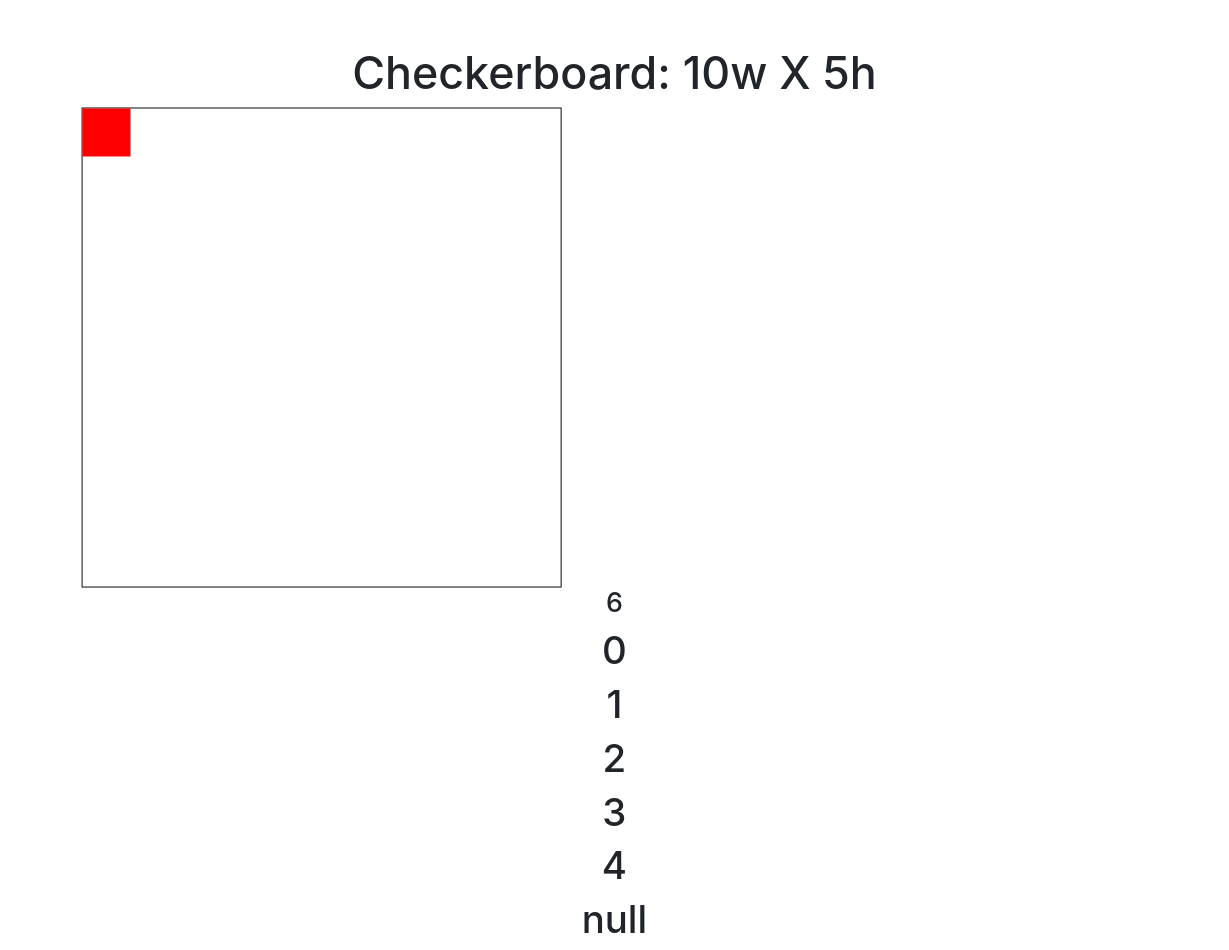
Repository: ACow3/java
Page: http://localhost/Checkerboard/checkerboard.jsp
An editor plug-in stored every save of this project. The page is shown before and after the next save, followed by the edit.
The browser window is 1280 px wide. The pictures show the whole page, at 96% of full size.
The page is served by Tomcat 9.

Above is the page before, as saved 2019-08-09 00:54:59.

After the next save:
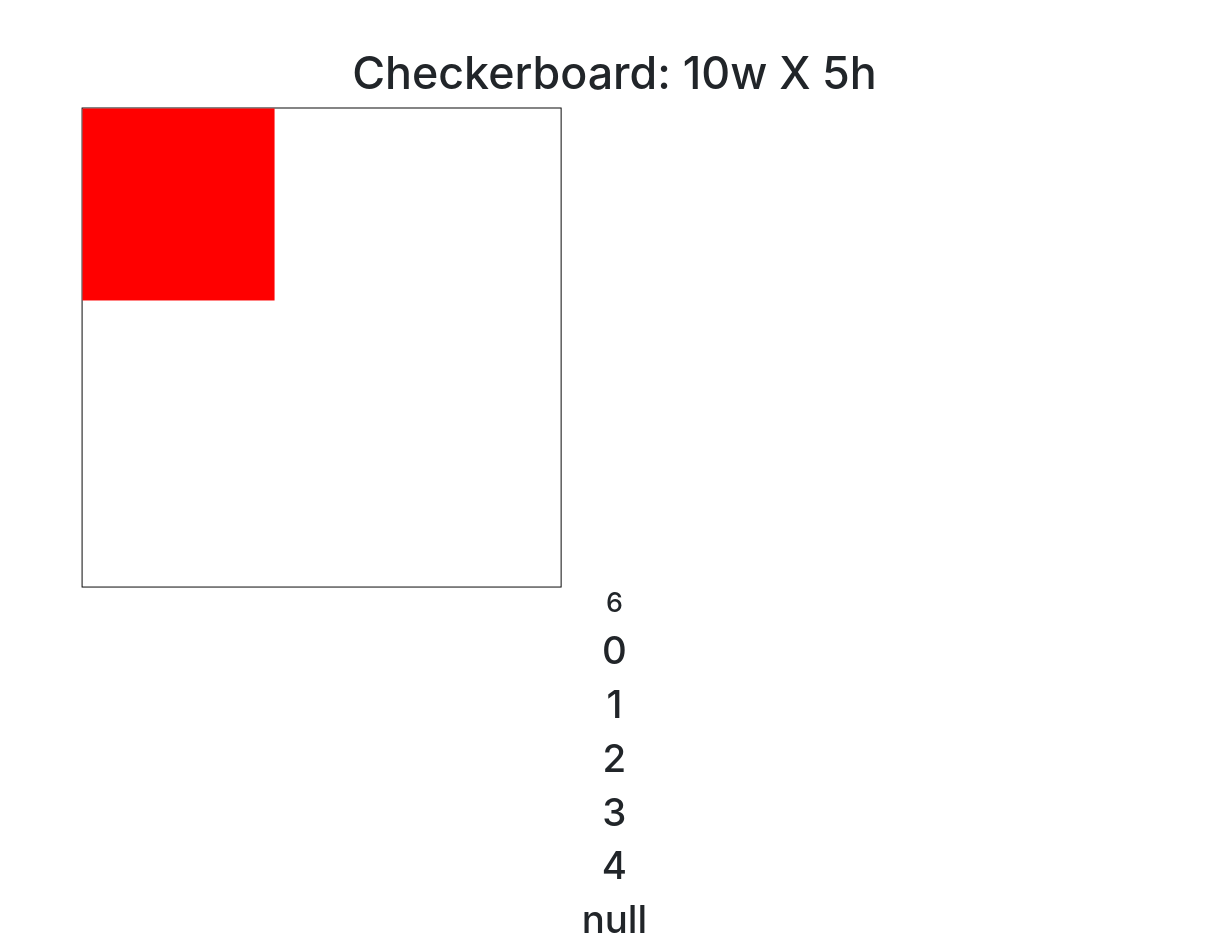
Saved 28 s later.
--- a/javaOOP/Checkerboard/WebContent/checkerboard.jsp
+++ b/javaOOP/Checkerboard/WebContent/checkerboard.jsp
@@ -23,8 +23,8 @@
 		height: 500px;
 	}
 	.red_box{
-		width: 50px;
-		height: 50px;
+		width: 200px;
+		height: 200px;
 		background-color: red;
 
 	}
